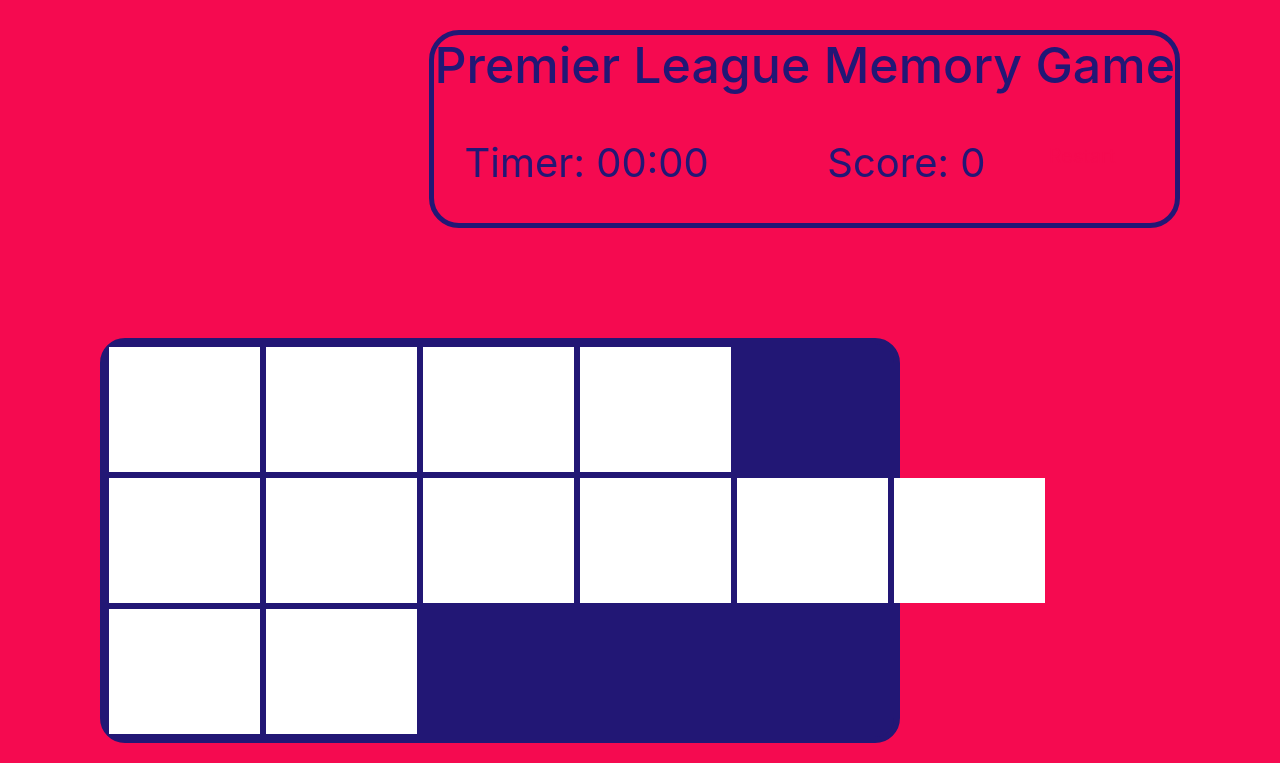
Repository: IchaTreasure/Premier-League-Memory-Game-
Page: index2.html
The author's editor kept a record of every edit. The page is drawn from the files as they stood at one moment, then again after the next edit.
The browser window is 1280 px wide. The pictures show the whole page.
Some web libraries are served in a nearby version.

Above is the page before.

After the next edit:
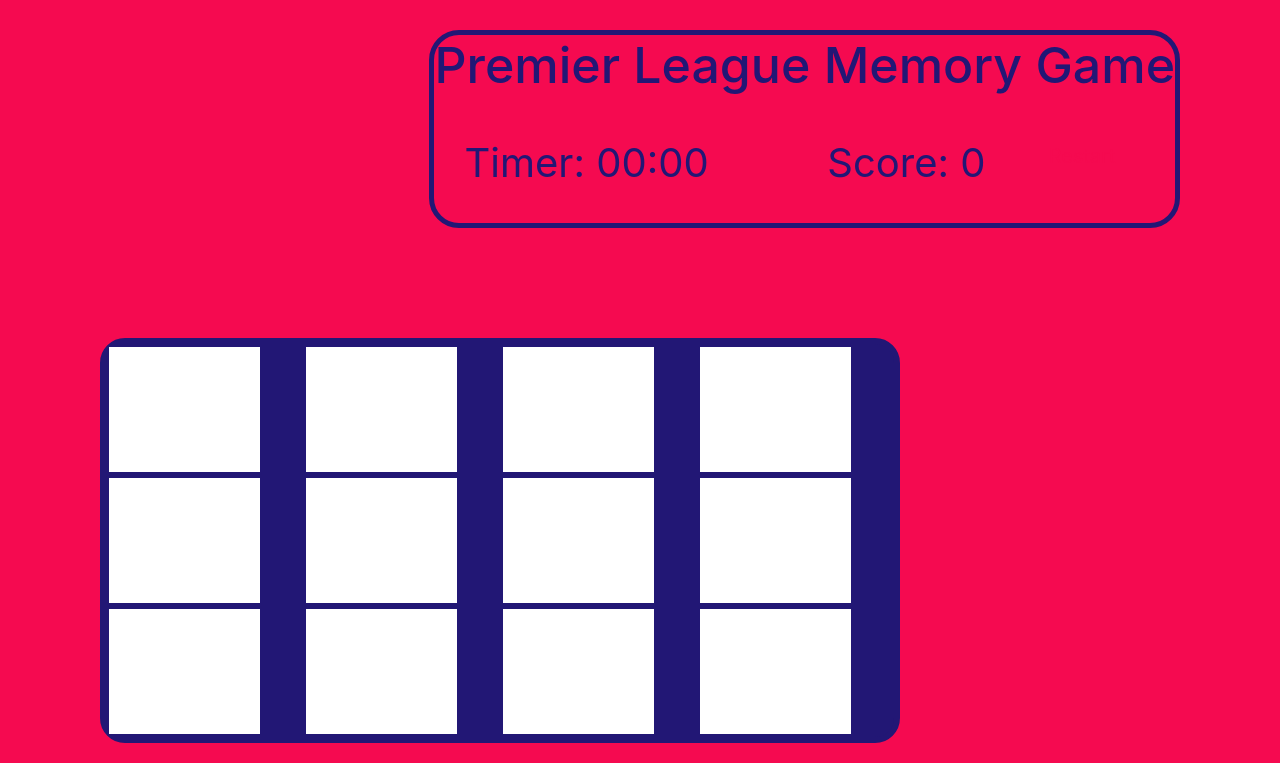
The edit:
--- a/index2.html
+++ b/index2.html
@@ -150,8 +150,10 @@
                         </div>
                     </div>
                 </td>
-
-                <!-- div for the front and back images of the cards , coppied 20 time because its a 4x5 -->
+            </tr>
+
+            <!-- div for the front and back images of the cards , coppied 20 time because its a 4x5 -->
+            <tr>
                 <td>
                     <div id="memory-card9" class="memory-card">
                         <div id="back-card9" class="back-card">
@@ -174,10 +176,8 @@
                         </div>
                     </div>
                 </td>
-            </tr>
 
             <!-- div for the front and back images of the cards , coppied 20 time because its a 4x5 -->
-            <tr>
                 <td>
                     <div id="memory-card11" class="memory-card">
                         <div id="back-card11" class="back-card">
